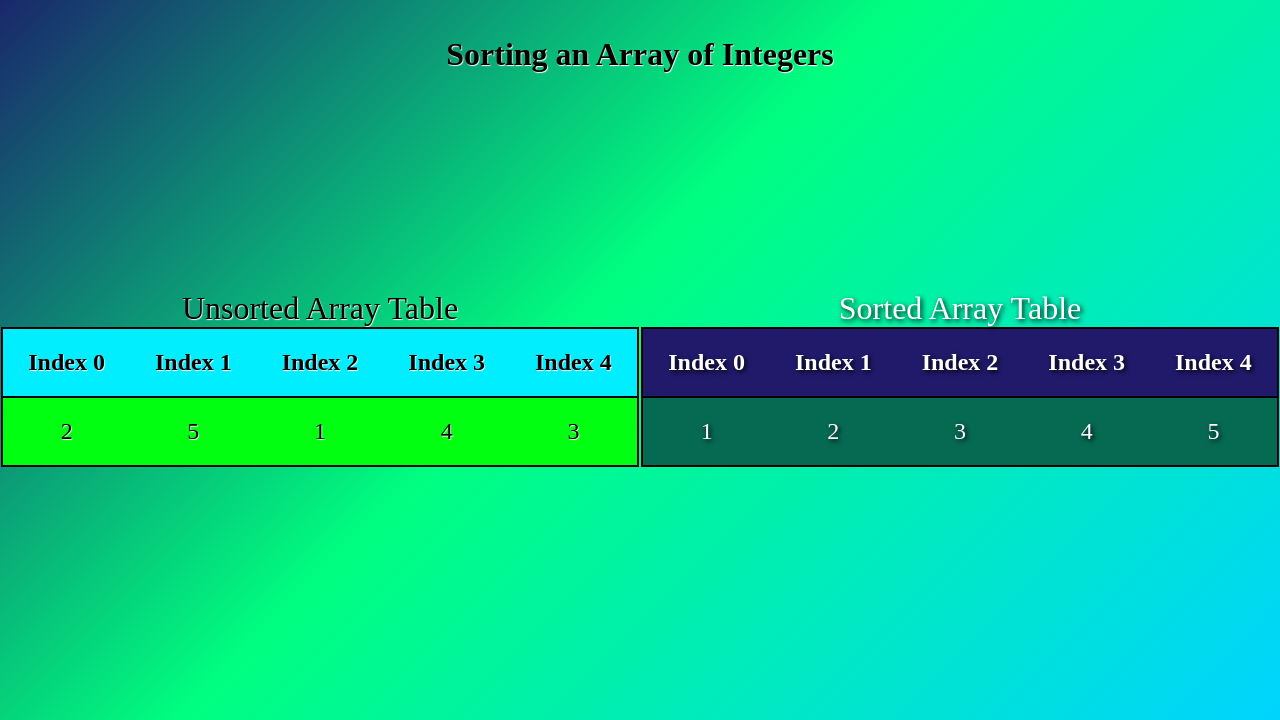
Repository: mlmEFSC21/P16-Sorting-Integers
Page: sort.html
These files come from the project's save history. The page is drawn as it stood at one moment and after the next save; the edit follows.
The browser window is 1280 px wide. The pictures show the whole page.

Above is the page before, as saved 2022-03-24 19:29:16.

After the next save:
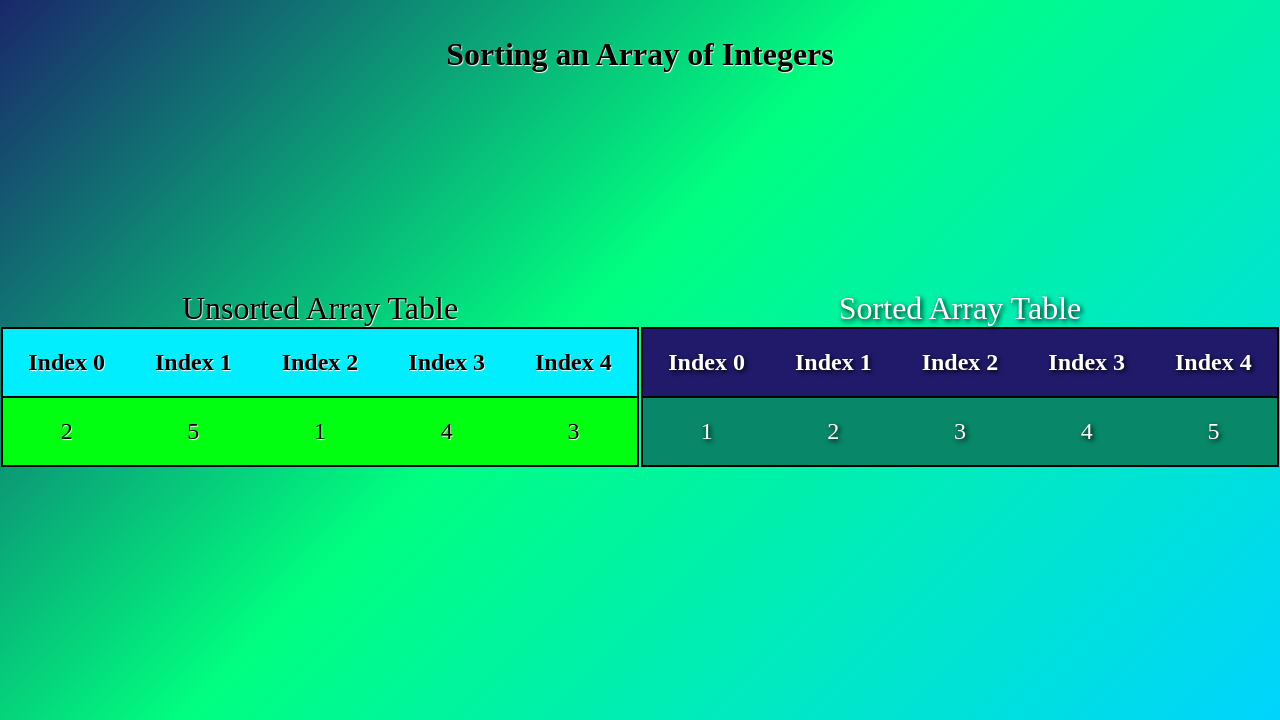
Saved 5 s later.
--- a/sort.css
+++ b/sort.css
@@ -3,7 +3,7 @@
     --clr-primary-T1: hsl(184, 100%, 50%);
     --clr-primary-T2: hsl(245, 61%, 26%);
     --clr-secondary-T1: hsl(124, 100%, 50%);
-    --clr-secondary-T2: hsl(166, 89%, 22%);
+    --clr-secondary-T2: hsl(166, 89%, 28%);
 }
 *,
 *::after,
